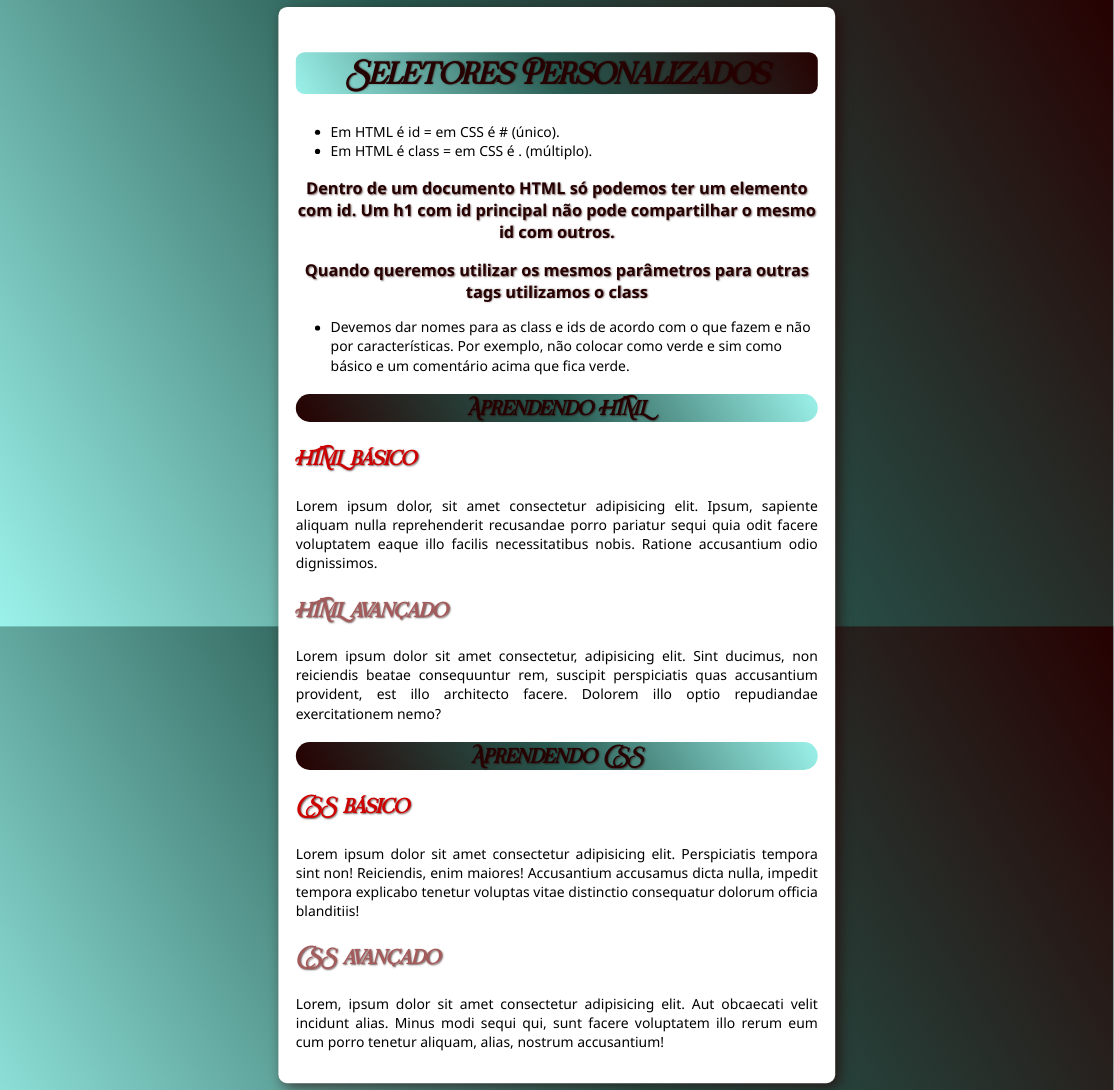
Repository: Willcmorais/vscode-workspace
Page: html-css/curso-em-video/modulo02/estudos/ex024-seletores-personaliz/index.html
The author's editor kept a copy of each file at every save. The page is drawn from the files as they stood at one save, then again after a run of saves.
The browser window is 1280 px wide. The pictures show the whole page, at 87% of full size.
Backgrounds fixed to the window are drawn as part of the page.

Above is the page before, as saved 2024-09-23 10:13:43.

### html-css/curso-em-video/modulo02/estudos/ex024-seletores-personaliz/index.html
<!DOCTYPE html>
<html lang="pt-br">

<head>
    <meta charset="UTF-8">
    <meta name="viewport" content="width=device-width, initial-scale=1.0">
    <title>Usando o id com CSS</title>
    <link rel="stylesheet" href="style.css">
    <style>
        @font-face {
            font-family: 'Rusilla';
            src: url('fonts/Rusillaserif-Regular.ttf') format('opentype');
            font-weight: normal;
            font-style: normal;
        }
    </style>
</head>

<body>
    <main>
        <h1 id="principal">Seletores Personalizados</h1>
        <ul>
            <li>Em HTML é id = em CSS é # (único).</li>
            <li>Em HTML é class = em CSS é . (múltiplo).</li>
        </ul>
        <h3>Dentro de um documento HTML só podemos ter um elemento com id. Um h1 com id principal não pode compartilhar
            o mesmo id com outros.</h3>
        <h3>Quando queremos utilizar os mesmos parâmetros para outras tags utilizamos o class</h3>
        <ul>
            <li>Devemos dar nomes para as class e ids de acordo com o que fazem e não por características. Por exemplo,
                não
                colocar como verde e sim como básico e um comentário acima que fica verde.</li>
        </ul>
        <h1 class="principal">Aprendendo HTML</h1>
        <h2 class="basico">HTML básico</h2>
        <p>Lorem ipsum dolor, sit amet consectetur adipisicing elit. Ipsum, sapiente aliquam nulla reprehenderit
            recusandae porro pariatur sequi quia odit facere voluptatem eaque illo facilis necessitatibus nobis. Ratione
            accusantium odio dignissimos.</p>
        <h2 class="avancado">HTML avançado</h2>
        <p>Lorem ipsum dolor sit amet consectetur, adipisicing elit. Sint ducimus, non reiciendis beatae consequuntur
            rem, suscipit perspiciatis quas accusantium provident, est illo architecto facere. Dolorem illo optio
            repudiandae exercitationem nemo?</p>
        <h1 class="principal">Aprendendo CSS</h1>
        <h2 class="basico">CSS básico</h2>
        <p>Lorem ipsum dolor sit amet consectetur adipisicing elit. Perspiciatis tempora sint non! Reiciendis, enim
            maiores! Accusantium accusamus dicta nulla, impedit tempora explicabo tenetur voluptas vitae distinctio
            consequatur dolorum officia blanditiis!</p>
        <h2 class="avancado">CSS avançado</h2>
        <p>Lorem, ipsum dolor sit amet consectetur adipisicing elit. Aut obcaecati velit incidunt alias. Minus modi
            sequi qui, sunt facere voluptatem illo rerum eum cum porro tenetur aliquam, alias, nostrum accusantium!</p>

    </main>

</body>

</html>

### html-css/curso-em-video/modulo02/estudos/ex024-seletores-personaliz/style.css
@charset "utf8";

* {
    /*safe combination, ele usa a primeira letra q achar*/
    font-family: 'Segoe UI', Tahoma, Geneva, Verdana, sans-serif;
}

body {
    background-image: linear-gradient(-120deg, #260101, #275950, #9BF2EA);
    background-attachment: fixed;
}

img {
    /* As imagens são inline por padrão, então precisamos torná-las block */
    display: block;
    /* Centraliza horizontalmente */
    margin: 0 auto;
}

main {
    background-color: white;
    /*arredonda as bordas*/
    border-radius: 10px;
    /*1 parametro é o lado da sombra, 2 é para baixo, 3 é o quanto espalha e 4 o quanto de transparência tem(ou cor)*/
    box-shadow: 5px 5px 15px rgba(38, 1, 1, 0.619);
    /*largura do recorte*/
    width: 600px;
    /*distancia das bordas com o conteúdo*/
    padding: 20px;
    /*altera automaticamente a margem para o centro da tela*/
    margin: auto;
}

/*identificador*/
h1#principal {
    font: italic bolder 3em 'Rusilla';
    text-align: center;
    color: #260101;
    background-image: linear-gradient(-120deg, #260101, #275950, #9BF2EA);
    border-radius: 10px;
    /*mesmos parametros para o box-shadow*/
    text-shadow: 1px 1px 2px rgba(38, 1, 1, 0.615);
}

.principal {
    font: italic bold 2em 'Rusilla';
    text-align: center;
    color: #260101;
    background-image: linear-gradient(-120deg, #9BF2EA, #275950, #260101);
    border-radius: 30px;
    /*mesmos parametros para o box-shadow*/
    text-shadow: 1px 1px 2px rgba(38, 1, 1, 0.615);
}

/*classe*/
.basico {
    font: italic bold 2em 'Rusilla';
    color: #ce0101;
    border-radius: 30px;
    /*mesmos parametros para o box-shadow*/
    text-shadow: 1px 1px 2px rgba(38, 1, 1, 0.615);
}

.avancado {
    font: italic bold 2em 'Rusilla';
    color: #a45b5b;
    border-radius: 30px;
    /*mesmos parametros para o box-shadow*/
    text-shadow: 1px 1px 2px rgba(38, 1, 1, 0.615);
}

h1 {
    text-align: center;
    color: #260101;
    /*mesmos parametros para o box-shadow*/
    text-shadow: 1px 1px 2px rgba(38, 1, 1, 0.615);
}

h2 {
    color: #260101;
    text-shadow: 1px 1px 2px rgba(38, 1, 1, 0.615);
}

h3 {
    text-align: center;
    color: #260101;
    text-shadow: 1px 1px 2px rgba(38, 1, 1, 0.615);
}

p {
    text-align: justify;
}

After the next 4 saves:
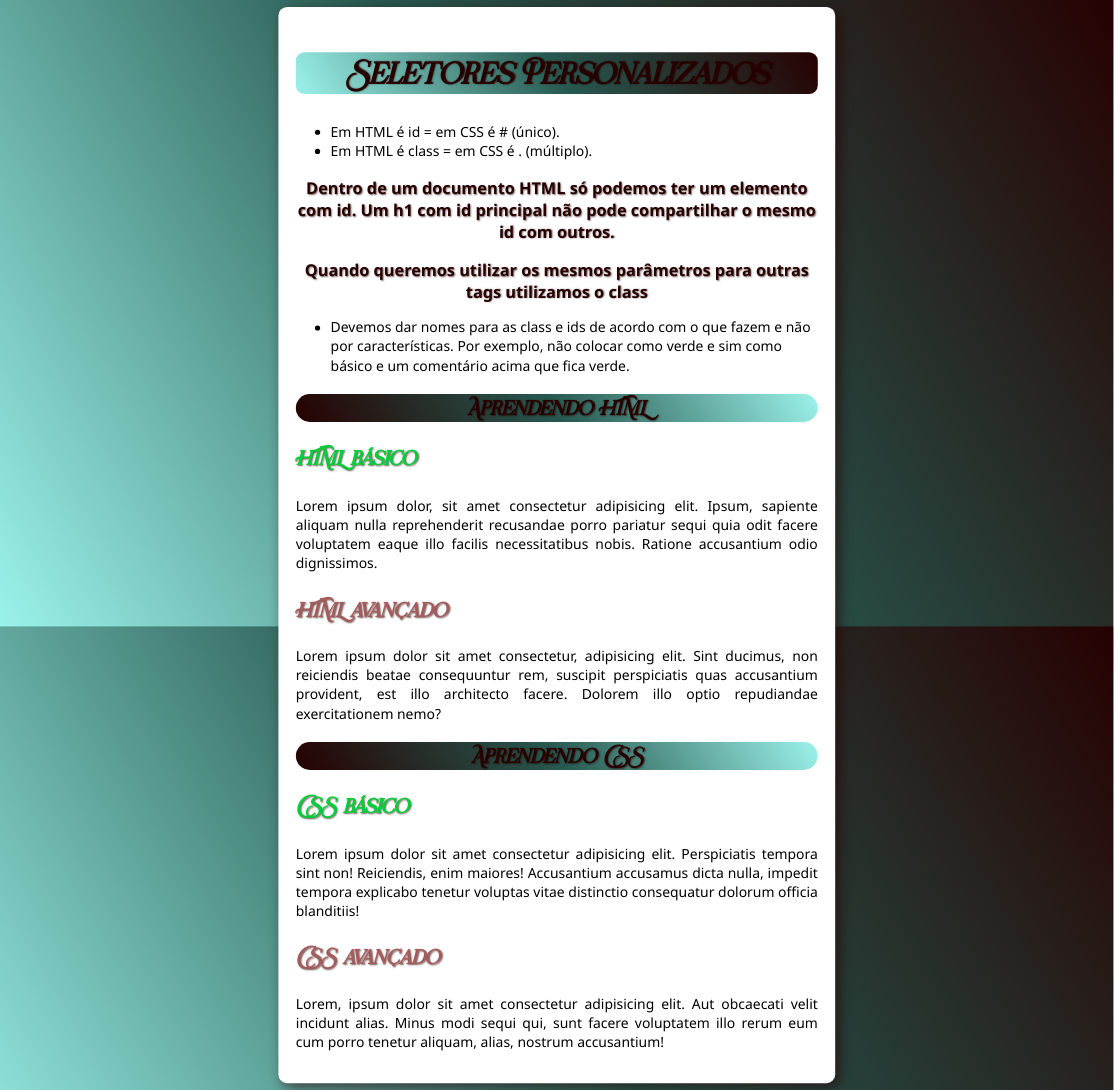
The 4 saves are shown as one change because they came seconds apart.
The last was saved 16 s later.
--- a/html-css/curso-em-video/modulo02/estudos/ex024-seletores-personaliz/style.css
+++ b/html-css/curso-em-video/modulo02/estudos/ex024-seletores-personaliz/style.css
@@ -55,7 +55,7 @@ h1#principal {
 /*classe*/
 .basico {
     font: italic bold 2em 'Rusilla';
-    color: #ce0101;
+    color: #01ce38;
     border-radius: 30px;
     /*mesmos parametros para o box-shadow*/
     text-shadow: 1px 1px 2px rgba(38, 1, 1, 0.615);
